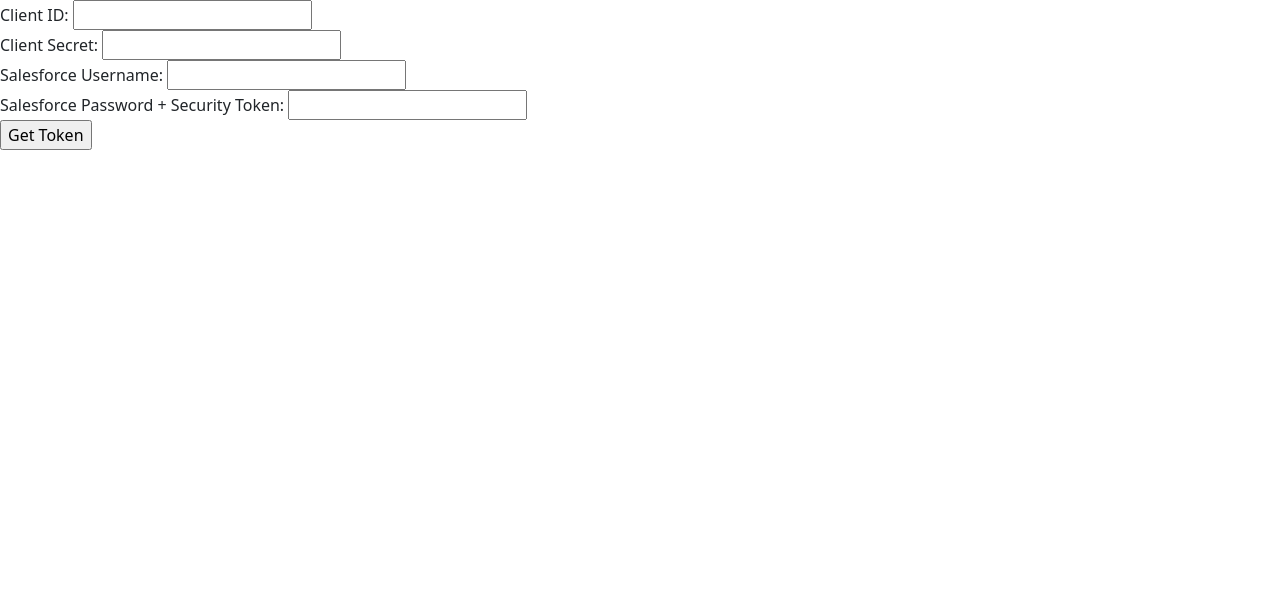
Repository: parveen95887/salesforceTest
Page: index.html
An editor plug-in stored every save of this project. The page is shown before and after the next save, followed by the edit.
The browser window is 1280 px wide. The pictures show the whole page.

Above is the page before, as saved 2024-09-06 10:55:42.

After the next save:
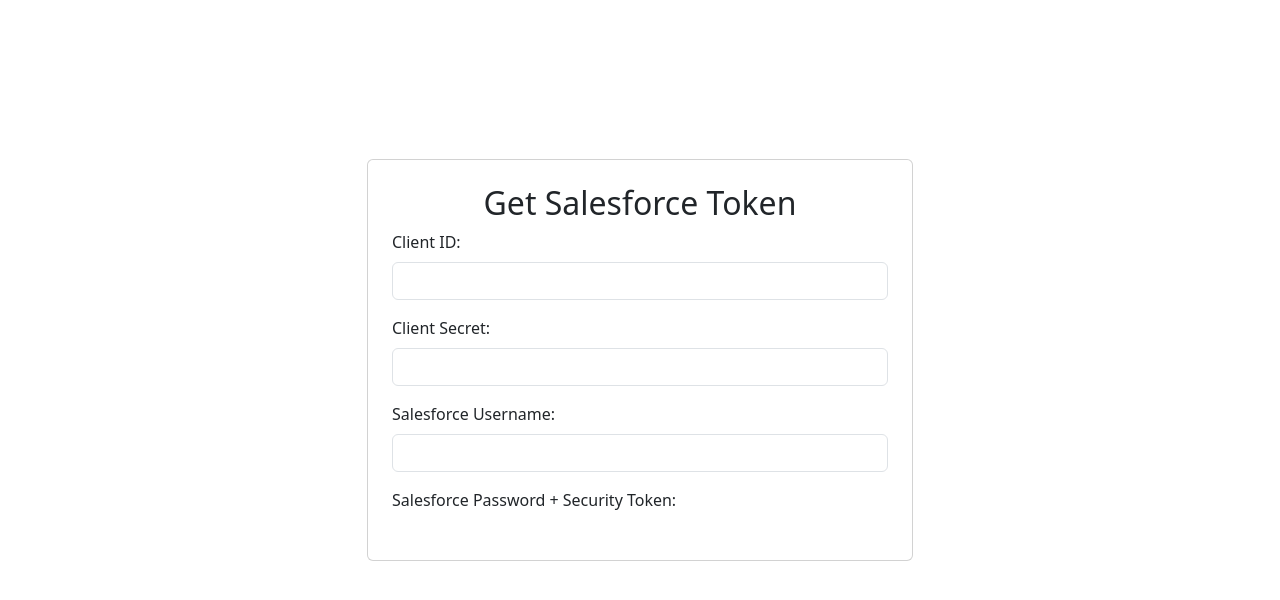
Saved 2 min 23 s later.
--- a/index.html
+++ b/index.html
@@ -1,37 +1,35 @@
-
 <!DOCTYPE html>
 <html lang="en">
 <head>
     <meta charset="UTF-8">
     <meta name="viewport" content="width=device-width, initial-scale=1.0">
-    <title>Document</title>
-    <link href="https://cdn.jsdelivr.net/npm/bootstrap@5.3.3/dist/css/bootstrap.min.css" rel="stylesheet"
-    integrity="sha384-QWTKZyjpPEjISv5WaRU9OFeRpok6YctnYmDr5pNlyT2bRjXh0JMhjY6hW+ALEwIH" crossorigin="anonymous">
-    <script src="https://cdn.jsdelivr.net/npm/bootstrap@5.3.3/dist/js/bootstrap.bundle.min.js"
-    integrity="sha384-YvpcrYf0tY3lHB60NNkmXc5s9fDVZLESaAA55NDzOxhy9GkcIdslK1eN7N6jIeHz" crossorigin="anonymous"></script>
+    <title>OAuth Form</title>
+    <!-- Bootstrap CSS -->
+    <link href="https://cdn.jsdelivr.net/npm/bootstrap@5.3.0-alpha1/dist/css/bootstrap.min.css" rel="stylesheet">
 </head>
 <body>
-    <form id="oauthForm" action="https://login.salesforce.com/services/oauth2/token" method="POST">
-        <input type="hidden" name="grant_type" value="password" />
-        <label for="client_id">Client ID:</label>
-        <input type="text" id="client_id" name="client_id" required /><br>
+    <div class="container">
+        <div class="row justify-content-center align-items-center vh-100">
+            <div class="col-12 col-md-6">
+                <div class="card p-4">
+                    <h2 class="text-center">Get Salesforce Token</h2>
+                    <form id="oauthForm" action="https://login.salesforce.com/services/oauth2/token" method="POST">
+                        <input type="hidden" name="grant_type" value="password" />
 
-        <label for="client_secret">Client Secret:</label>
-        <input type="password" id="client_secret" name="client_secret" required /><br>
+                        <div class="mb-3">
+                            <label for="client_id" class="form-label">Client ID:</label>
+                            <input type="text" class="form-control" id="client_id" name="client_id" required>
+                        </div>
 
-        <label for="username">Salesforce Username:</label>
-        <input type="text" id="username" name="username" required /><br>
+                        <div class="mb-3">
+                            <label for="client_secret" class="form-label">Client Secret:</label>
+                            <input type="password" class="form-control" id="client_secret" name="client_secret" required>
+                        </div>
 
-        <label for="password">Salesforce Password + Security Token:</label>
-        <input type="password" id="password" name="password" required /><br>
+                        <div class="mb-3">
+                            <label for="username" class="form-label">Salesforce Username:</label>
+                            <input type="text" class="form-control" id="username" name="username" required>
+                        </div>
 
-        <input type="submit" value="Get Token" />
-    </form>
-    <script src="https://cdn.jsdelivr.net/npm/@popperjs/core@2.11.8/dist/umd/popper.min.js"
-     integrity="sha384-I7E8VVD/ismYTF4hNIPjVp/Zjvgyol6VFvRkX/vR+Vc4jQkC+hVqc2pM8ODewa9r" crossorigin="anonymous"></script>
-<script src="https://cdn.jsdelivr.net/npm/bootstrap@5.3.3/dist/js/bootstrap.min.js"
-integrity="sha384-0pUGZvbkm6XF6gxjEnlmuGrJXVbNuzT9qBBavbLwCsOGabYfZo0T0to5eqruptLy" crossorigin="anonymous"></script>
-<script>
-</script>
-</body>
-</html>
+                        <div class="mb-3">
+                            <label for="password" class="form-label">Salesforce Password + Security Token:</label>
